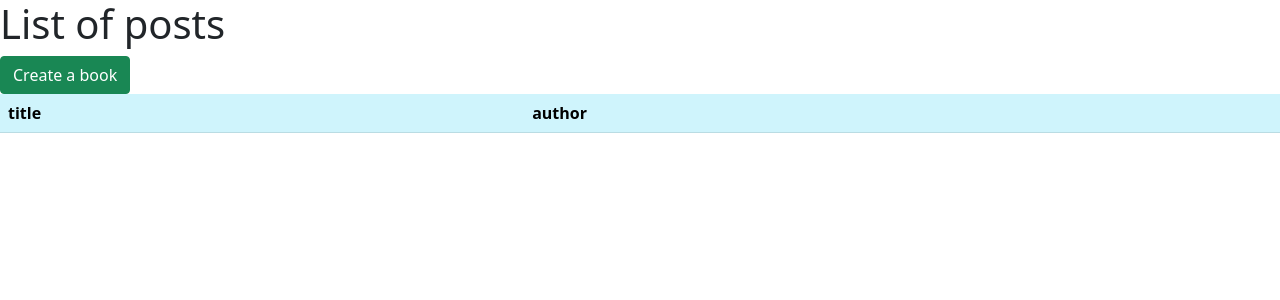
Repository: RaghdaMadiane/django
Page: http://localhost/books/
These files come from the project's save history. The page is drawn as it stood at one moment and after the next save; the edit follows.
The browser window is 1280 px wide. The pictures show the whole page.
The page is served by the project's application, run on Django 3.2 (manage.py). Other server files are loaded and not shown. Queries for data that is not in the repository find no rows.

Above is the page before, as saved 2021-04-21 17:06:07.

### books/templates/books/index.html
<html>
<head>
<!-- CSS only -->
<link href="https://cdn.jsdelivr.net/npm/bootstrap@5.0.0-beta3/dist/css/bootstrap.min.css" rel="stylesheet" integrity="sha384-eOJMYsd53ii+scO/bJGFsiCZc+5NDVN2yr8+0RDqr0Ql0h+rP48ckxlpbzKgwra6" crossorigin="anonymous">
</head>
<body>
<h1>List of posts<h1>
<table class="table table-striped" >

  <thead>
    <tr>
     <th scope="col" class="table-info">title</th>
      <th scope="col" class="table-info">author</th>
    </tr>
     </thead>
     {%for book in books%}
  <tbody>
    <tr>
      <th >{{book.title}}</th>
     <th>{{book.author}}</th>
    </tr>
   </tbody>
{% endfor %}
<a  href='create' type="button"  class="btn btn-success"> Create a book </a>
</body>
</html>

### books/views.py
from django.shortcuts import render,redirect
from django.http import HttpResponse
from .forms import BookForm
from .models import Book
# Create your views here.
def index(request):
    books =Book.objects.all()
    return render(request,"books/index.html",{
        "books":books
    })
def create(request):
    form=BookForm(request.POST or None)
    if form.is_valid():
        form.save()
        return redirect("index")
    return render(request,"books/create.html",{
        "form" : form
    })

### book/urls.py
"""book URL Configuration

The `urlpatterns` list routes URLs to views. For more information please see:
    https://docs.djangoproject.com/en/3.2/topics/http/urls/
Examples:
Function views
    1. Add an import:  from my_app import views
    2. Add a URL to urlpatterns:  path('', views.home, name='home')
Class-based views
    1. Add an import:  from other_app.views import Home
    2. Add a URL to urlpatterns:  path('', Home.as_view(), name='home')
Including another URLconf
    1. Import the include() function: from django.urls import include, path
    2. Add a URL to urlpatterns:  path('blog/', include('blog.urls'))
"""
from django.contrib import admin
from django.urls import path
from django.urls import include

urlpatterns = [
    path('admin/', admin.site.urls),
    path('books/',include("books.urls")),
]

### books/urls.py

from django.urls import path
from . import views

urlpatterns = [
   path("",views.index,name='index'),
   path("create",views.create, name='create')
]

After the next save:
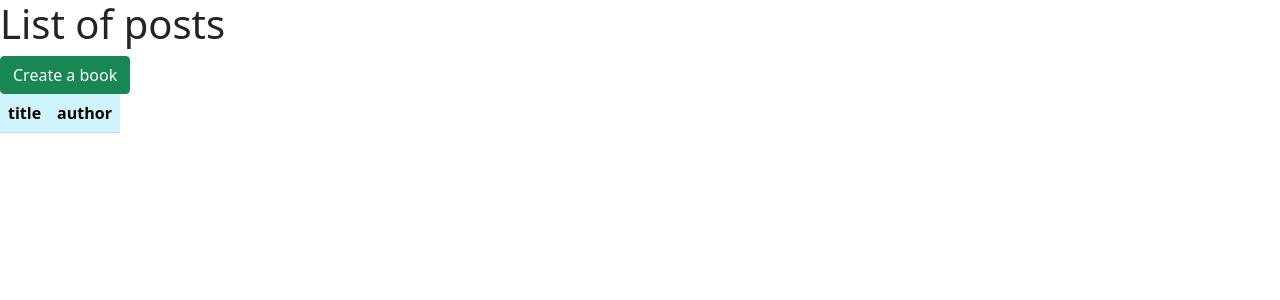
Saved 33 s later.
--- a/books/templates/books/index.html
+++ b/books/templates/books/index.html
@@ -5,7 +5,7 @@
 </head>
 <body>
 <h1>List of posts<h1>
-<table class="table table-striped" >
+<table class="table table-striped" style="width:40px" >
 
   <thead>
     <tr>
